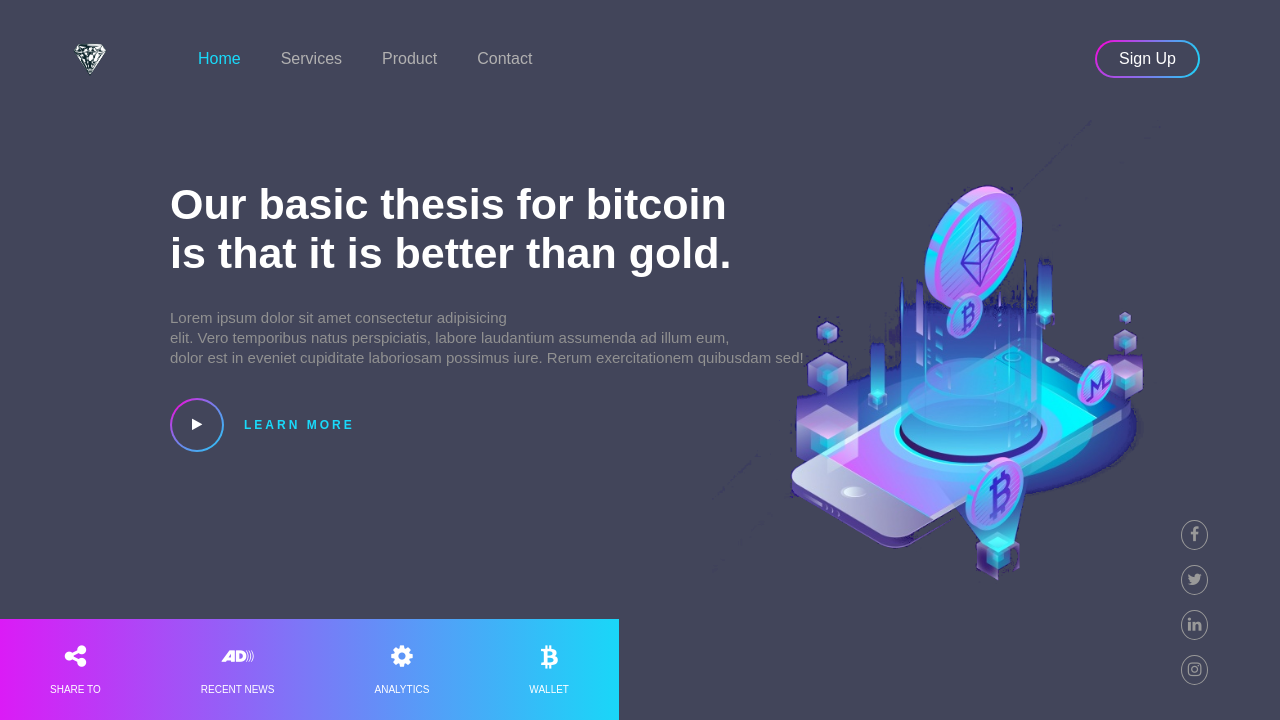
Repository: Aakarshit-Sharma19/Basic-HTML-and-CSS-Page-
Page: index.html
The author's editor kept a copy of each file at every save. The page is drawn from the files as they stood at one save, then again after the next save.
The browser window is 1280 px wide. The pictures show the whole page.

Above is the page before, as saved 2020-11-10 17:24:11.

After the next save:
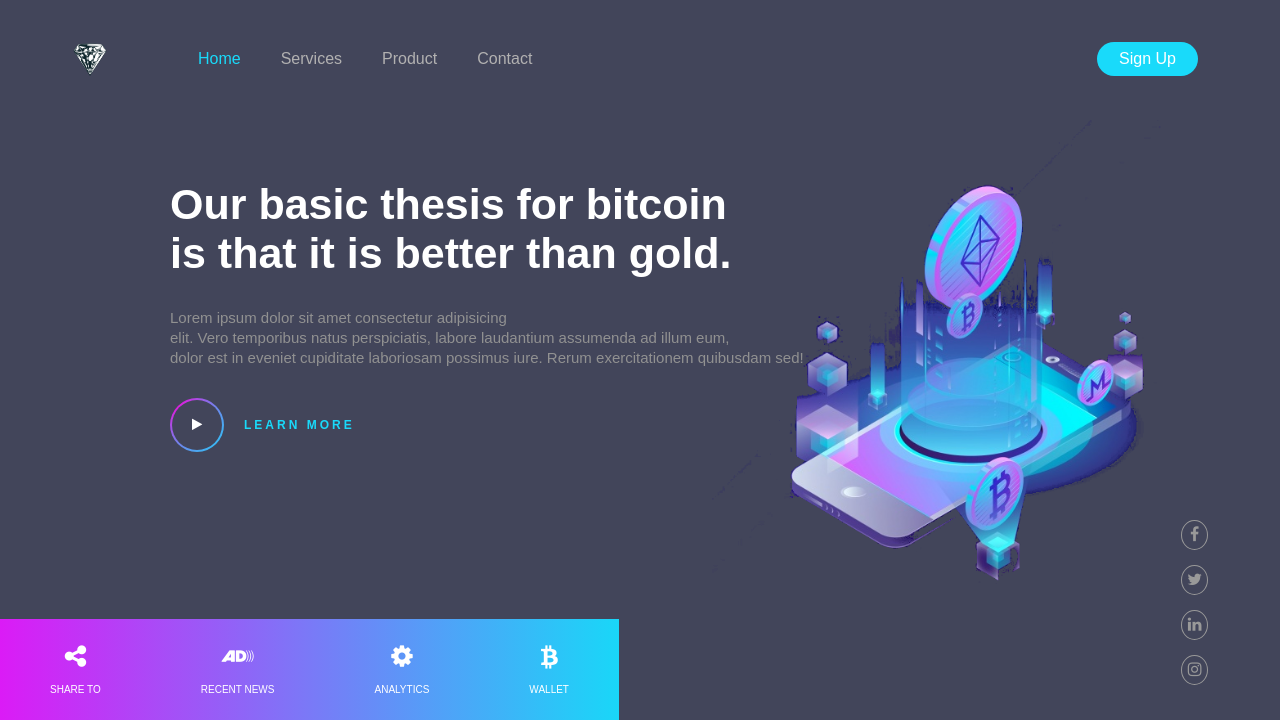
Saved 27 s later.
--- a/style.css
+++ b/style.css
@@ -44,7 +44,8 @@
     color: #fff;
     border: 2px solid transparent;
     border-radius: 20px;
-    background-image: linear-gradient(#42455a, #42455a), radial-gradient(circle at top left, #fd00da, #19d7f8);
+    background-color: #19dafa;
+    /* background-image: linear-gradient(#42455a, #42455a), radial-gradient(circle at top left, #fd00da, #19d7f8); */
     background-origin: border-box;
     background-clip: content-box,border-box;
 }

After the save that followed:
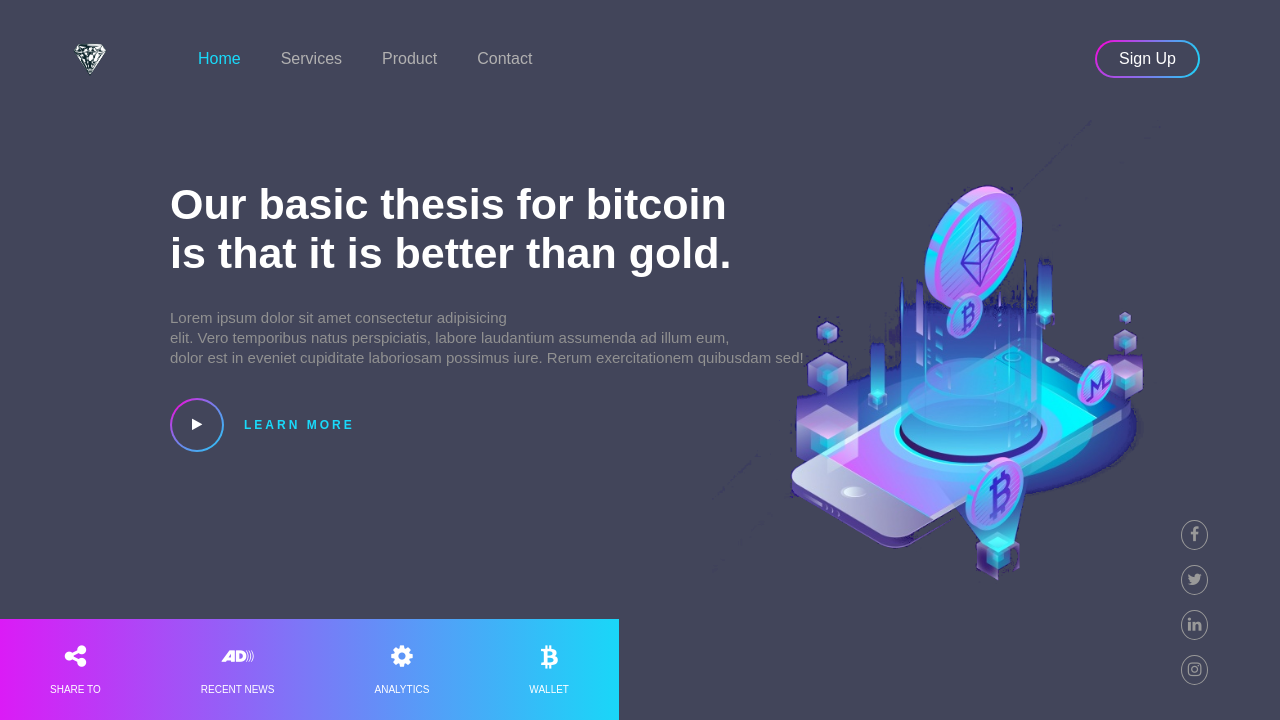
Saved 7 s later.
--- a/style.css
+++ b/style.css
@@ -44,8 +44,7 @@
     color: #fff;
     border: 2px solid transparent;
     border-radius: 20px;
-    background-color: #19dafa;
-    /* background-image: linear-gradient(#42455a, #42455a), radial-gradient(circle at top left, #fd00da, #19d7f8); */
+    background-image: linear-gradient(#42455a, #42455a), radial-gradient(circle at top left, #fd00da, #19d7f8);
     background-origin: border-box;
     background-clip: content-box,border-box;
 }
